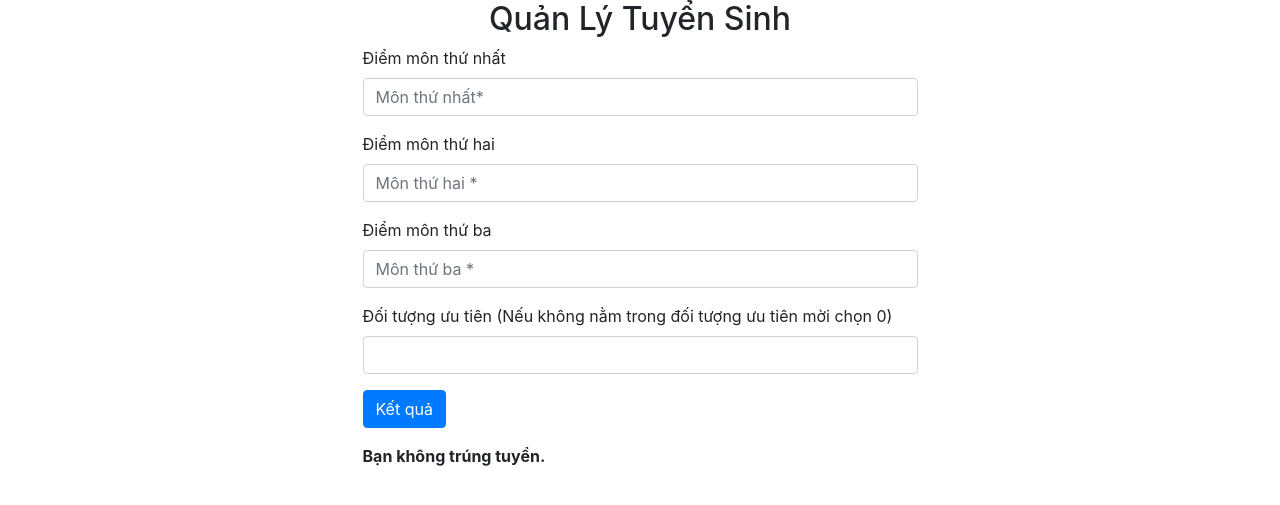
Repository: dovanthao2404/BC14_BaiTap_JS_Buoi_5_dovanthao
Page: html/bai1.html
The author's editor kept a copy of each file at every save. The page is drawn from the files as they stood at one save, then again after the next save.
The browser window is 1280 px wide. The pictures show the whole page.

Above is the page before, as saved 2021-07-03 20:26:43.

After the next save:
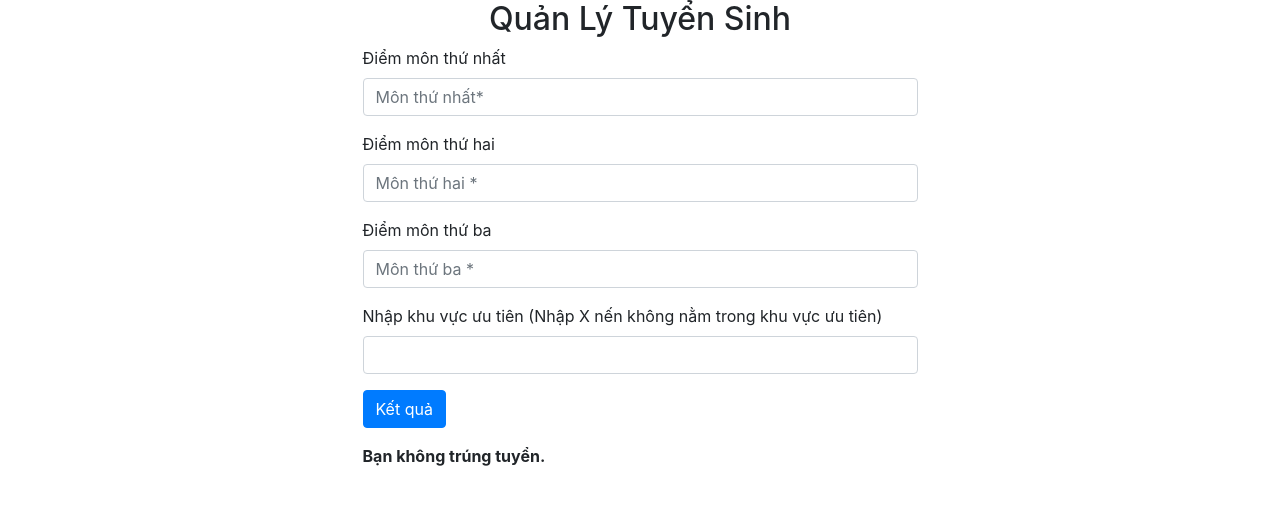
Saved 43 s later.
--- a/html/bai1.html
+++ b/html/bai1.html
@@ -36,7 +36,7 @@
 
         </div>
         <div class="form-group">
-          <label for="areaScores">Đối tượng ưu tiên (Nếu không nằm trong đối tượng ưu tiên mời chọn 0)</label>
+          <label for="areaScores">Nhập khu vực ưu tiên (Nhập X nến không nằm trong khu vực ưu tiên)</label>
           <input type="text" id="area" class="form-control">
           <span></span>
         </div>
